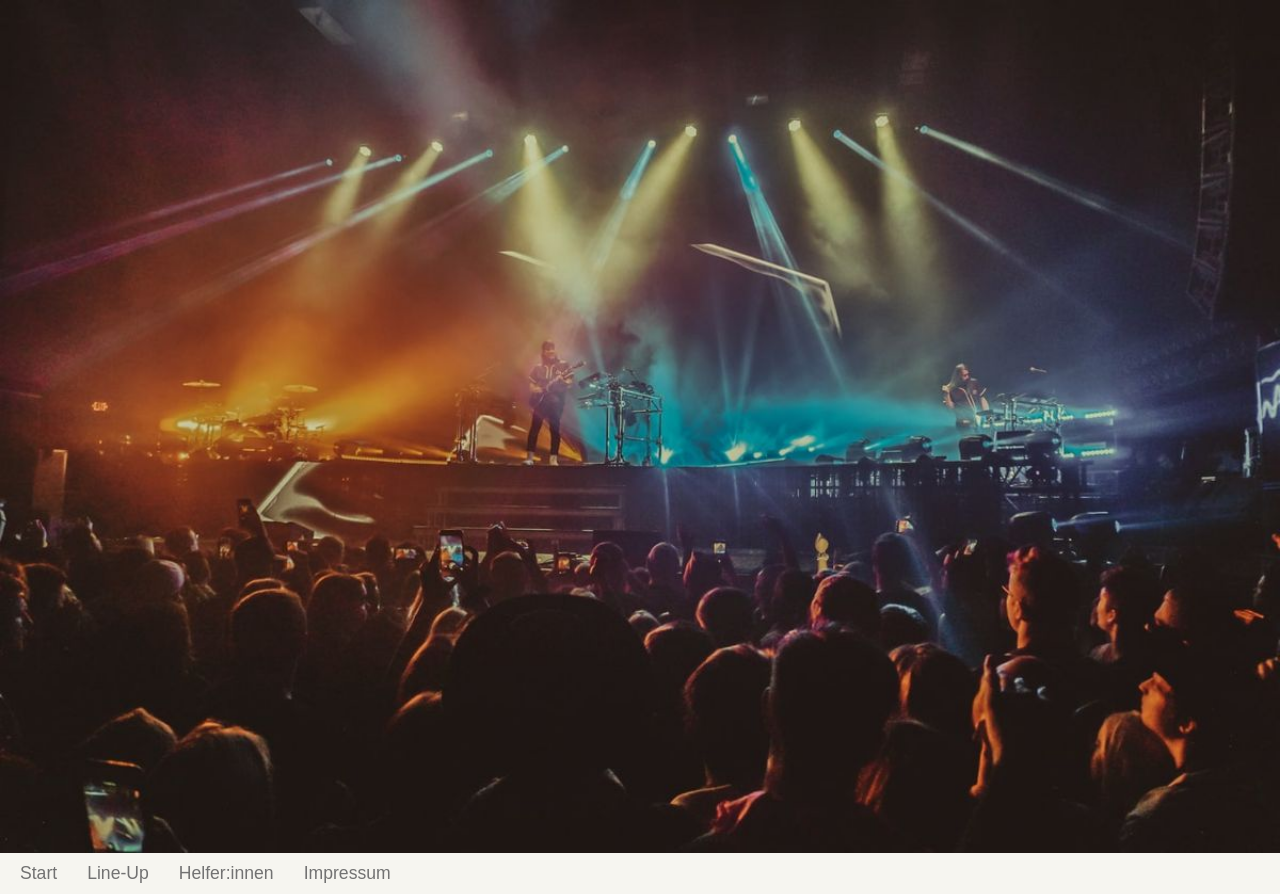
Repository: Hajimohammadi-KI/Web-Technologien
Page: index.html
An editor plug-in stored every save of this project. The page is shown before and after a run of saves, followed by the edit.
The browser window is 1280 px wide. The pictures show the whole page.

Above is the page before, as saved 2025-09-30 13:39:54.

### index.html
<!DOCTYPE html>
<html lang="en">
<head>
    <meta charset="UTF-8">
    <meta name="viewport" content="width=device-width, initial-scale=1.0">
    <link rel="stylesheet" href="Style.css">
    <title>Document</title>
</head>
<body>
    <!-- The alt attribute is used to provide alternative text for the image if it fails to load or if the user visits the page via a screen reader. -->
    <img src="img/spotify-livestreaming-virtual-concerts-feat.jpeg"
        alt="Musicians performing on a brightly lit stage with colorful spotlights
        and smoke effects while a large enthusiastic audience watches and records
        the event with their phones in a dark concert hall filled with energy and
         excitement" class="responsive-img">
        <nav>
    <a href="#">Start</a>
    <a href="#">Line-Up</a>
    <a href="#">Helfer:innen</a>
    <a href="#">Impressum</a>
</nav>

</body>
</html>

### Style.css
/*
    Styles for responsive images.
    The .responsive-img class is intended to make images scale appropriately
    to fit their container while maintaining aspect ratio.
    Apply this class to <img> elements to ensure they are responsive
    across different screen sizes and devices.
*/
img.responsive-img {
  width: 100%; /* [translate:عرض تصویر همیشه برابر با عرض عنصر والد خواهد بود] */
  height: auto; /* [translate:نسبت ابعاد تصویر حفظ می‌شود] */
  max-width: 100vw; /* [translate:تصویر هیچ‌گاه از عرض پنجره مرورگر بزرگ‌تر نمی‌شود] */
  display: block; /* [translate:فضای اضافی پایین عکس حذف می‌شود] */
}

@media (max-width: 600px) {
  img.responsive-img {
    max-width: 100%; /* [translate:در صفحات کوچک، حداکثر عرض تصویر برابر با عنصر والد می‌شود] */
  }
}

 body {
  font-family: Arial, sans-serif; /* [translate:تنظیم فونت پیش‌فرض برای کل صفحه] */
  margin: 0; /* [translate:حذف حاشیه پیش‌فرض مرورگر] */
  padding: 0; /* [translate:حذف فاصله داخلی پیش‌فرض مرورگر] */
  box-sizing: border-box; /* [translate:شامل کردن حاشیه و پدینگ در محاسبه عرض و ارتفاع عناصر] */
  background: url("img/spotify-livestreaming-virtual-concerts-feat.jpeg");
  background-position: center; /* [translate:تنظیم موقعیت پس‌زمینه در مرکز] */
  background-repeat: no-repeat; /* [translate:عدم تکرار تصویر پس‌زمینه] */
  background-size: cover; /* [translate:پوشش کامل پس‌زمینه] */
}
  h1, h2, h3 {
    color: #333; /* [translate:تنظیم رنگ تیره برای عناوین] */
    margin-bottom: 10px; /* [translate:افزودن فاصله پایین به عناوین] */
  }

  p {
    color: #555; /* [translate:تنظیم رنگ خاکستری برای پاراگراف‌ها] */
    line-height: 1.6; /* [translate:افزایش ارتفاع خط برای خوانایی بهتر] */
    margin-bottom: 15px; /* [translate:افزودن فاصله پایین به پاراگراف‌ها] */
  }
/*
  Styles for the navigation bar and container.
  The nav styles create a horizontal navigation bar with spacing and hover effects.
  The .container class centers content and limits its maximum width for better readability.
*/
nav {
  background: #f6f5f0; /* [translate:رنگ پس‌زمینه روشن برای نوار ناوبری] */
  padding: 10px 20px; /* [translate:افزودن فاصله داخلی به نوار ناوبری] */
  display: flex; /* [translate:نمایش آیتم‌ها به صورت افقی] */
  gap: 30px; /* [translate:افزودن فاصله بین آیتم‌های ناوبری] */
  font-family: sans-serif; /* [translate:استفاده از فونت ساده برای ناوبری] */
  font-size: 1.1em; /* [translate:افزایش اندازه فونت ناوبری] */
}
nav a {
  text-decoration: none; /* [translate:حذف خط زیر لینک‌ها] */
  color: #727272; /* [translate:تنظیم رنگ خاکستری برای لینک‌ها] */
  transition: color 0.2s; /* [translate:افکت تغییر رنگ هنگام هاور] */
}
nav a:hover {
  color: #444; /* [translate:تیره‌تر شدن رنگ لینک هنگام هاور] */
  border-bottom: 1px solid #444; /* [translate:افزودن خط زیر لینک هنگام هاور] */
}
.container {
  max-width: 1200px; /* [translate:محدود کردن عرض حداکثر برای محتوا] */
  margin: 0 auto; /* [translate:مرکزچین کردن محتوا] */
  padding: 20px; /* [translate:افزودن فاصله داخلی به محتوا] */
}

After the next 3 saves:
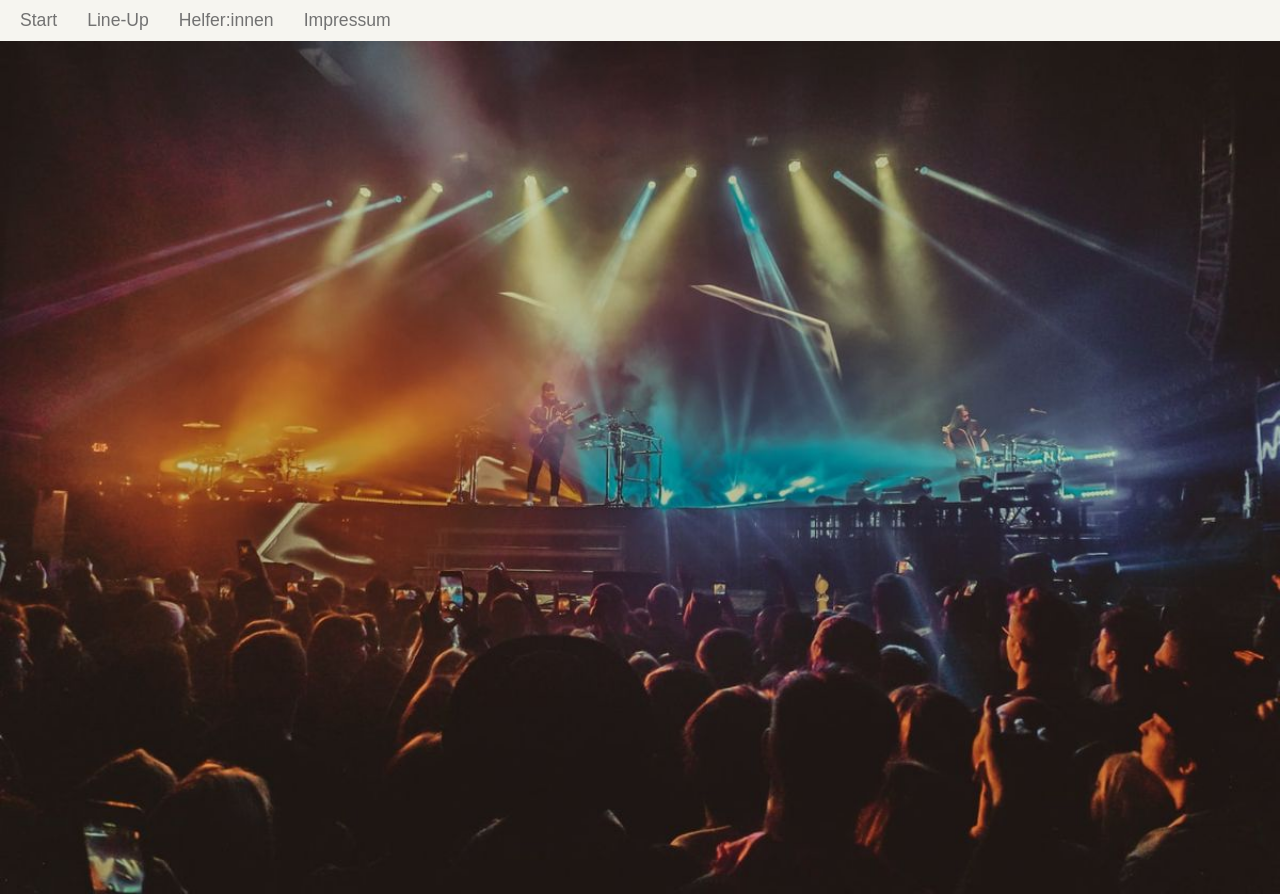
The 3 saves are shown as one change because they came seconds apart.
The last was saved 2 min 15 s later.
--- a/index.html
+++ b/index.html
@@ -7,18 +7,19 @@
     <title>Document</title>
 </head>
 <body>
+     <nav>
+    <a href="#">Start</a>
+    <a href="#">Line-Up</a>
+    <a href="#">Helfer:innen</a>
+    <a href="#">Impressum</a>
+</nav>
     <!-- The alt attribute is used to provide alternative text for the image if it fails to load or if the user visits the page via a screen reader. -->
     <img src="img/spotify-livestreaming-virtual-concerts-feat.jpeg"
         alt="Musicians performing on a brightly lit stage with colorful spotlights
         and smoke effects while a large enthusiastic audience watches and records
         the event with their phones in a dark concert hall filled with energy and
          excitement" class="responsive-img">
-        <nav>
-    <a href="#">Start</a>
-    <a href="#">Line-Up</a>
-    <a href="#">Helfer:innen</a>
-    <a href="#">Impressum</a>
-</nav>
+
 
 </body>
 </html>
